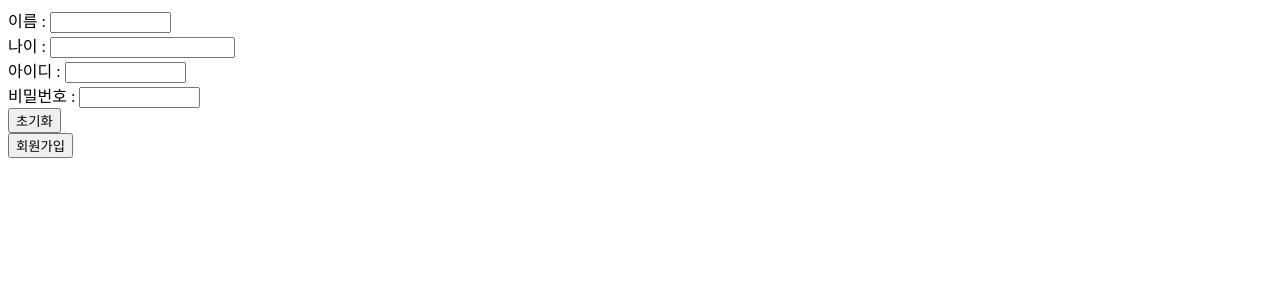
Repository: eun-chongzzz/jsp_practice
Page: http://localhost/JSPBasic/jspObject/1.requests/req_join_form.jsp
The author's editor kept a copy of each file at every save. The page is drawn from the files as they stood at one save, then again after the next save.
The browser window is 1280 px wide. The pictures show the whole page.
The page is served by Tomcat 9.

Above is the page before, as saved 2022-02-04 02:26:09.

After the next save:
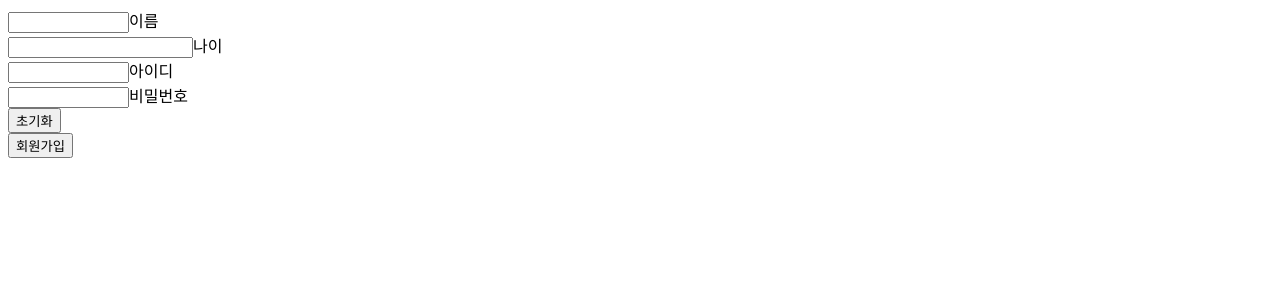
Saved 87 s later.
--- a/JSPBasic/src/main/webapp/jspObject/1.requests/req_join_form.jsp
+++ b/JSPBasic/src/main/webapp/jspObject/1.requests/req_join_form.jsp
@@ -8,10 +8,10 @@
 </head>
 <body>
 	<form action="req_join_result.jsp" method="post">
-	이름 : <input type="text" name="name" size="12px"/><br/>
-	나이 : <input type="number" name="age" size="12px"/><br/>
-	아이디 : <input type="text" name="id" size="12px"/><br/>
-	비밀번호 : <input type="password" name="pw" size="12px"/><br/>
+	<input type="text" name="name" size="12px"/>이름<br/>
+	<input type="number" name="age" size="12px"/>나이<br/>
+	<input type="text" name="id" size="12px"/>아이디<br/>
+	<input type="password" name="pw" size="12px"/>비밀번호<br/>
 
 	<input type="reset" value="초기화"/><br/>
 	<input type="submit" value="회원가입"/><br/>
